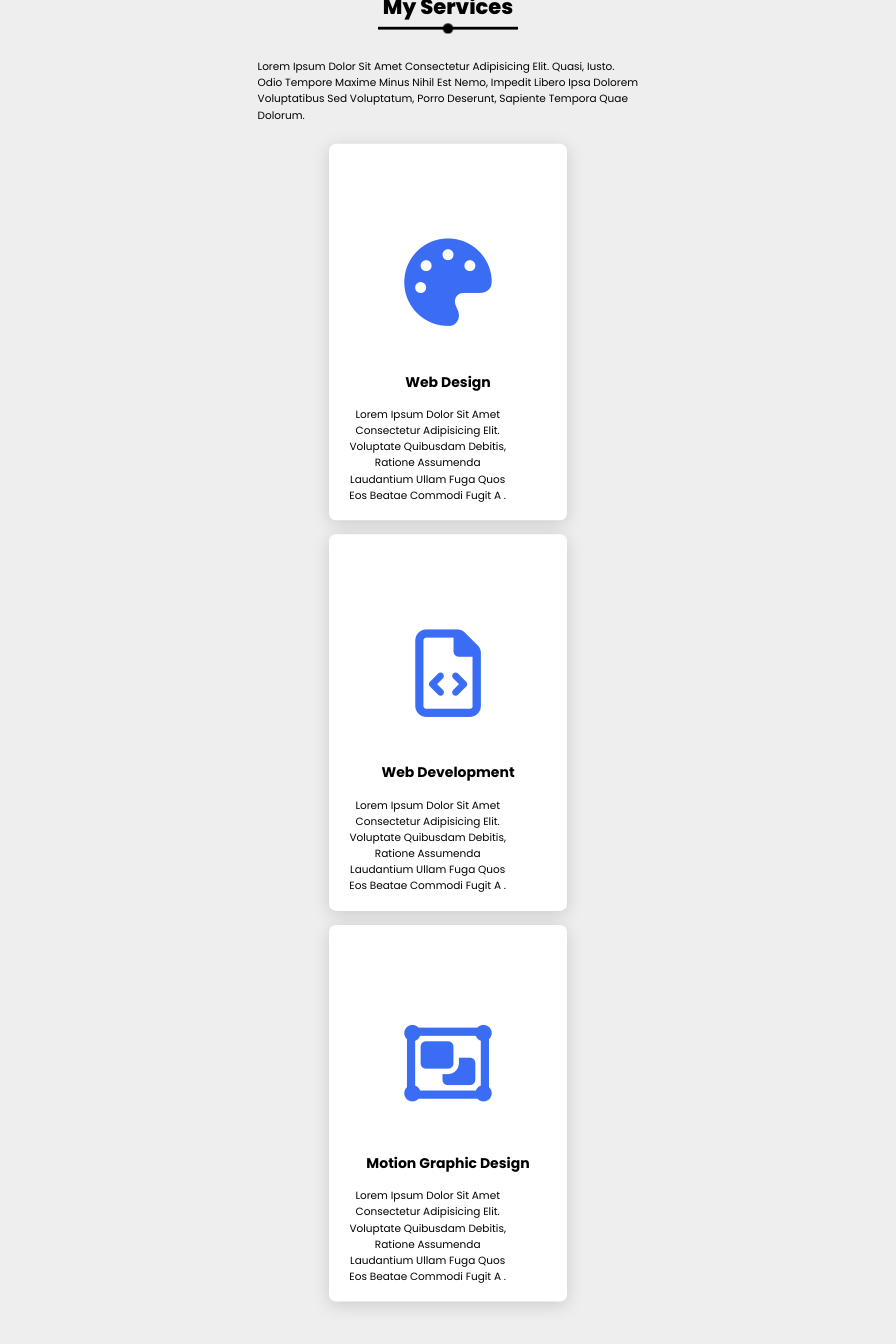
Repository: Pinocoding/New
Page: index.html
An editor plug-in stored every save of this project. The page is shown before and after the next save, followed by the edit.
The browser window is 1280 px wide. The pictures show the part of the page from y = 2555 to 4475 px (the page is 4475 px tall), at 70% of full size.
Backgrounds fixed to the window are drawn as part of the page.

Above is the page before, as saved 2021-10-13 23:33:23.

After the next save:
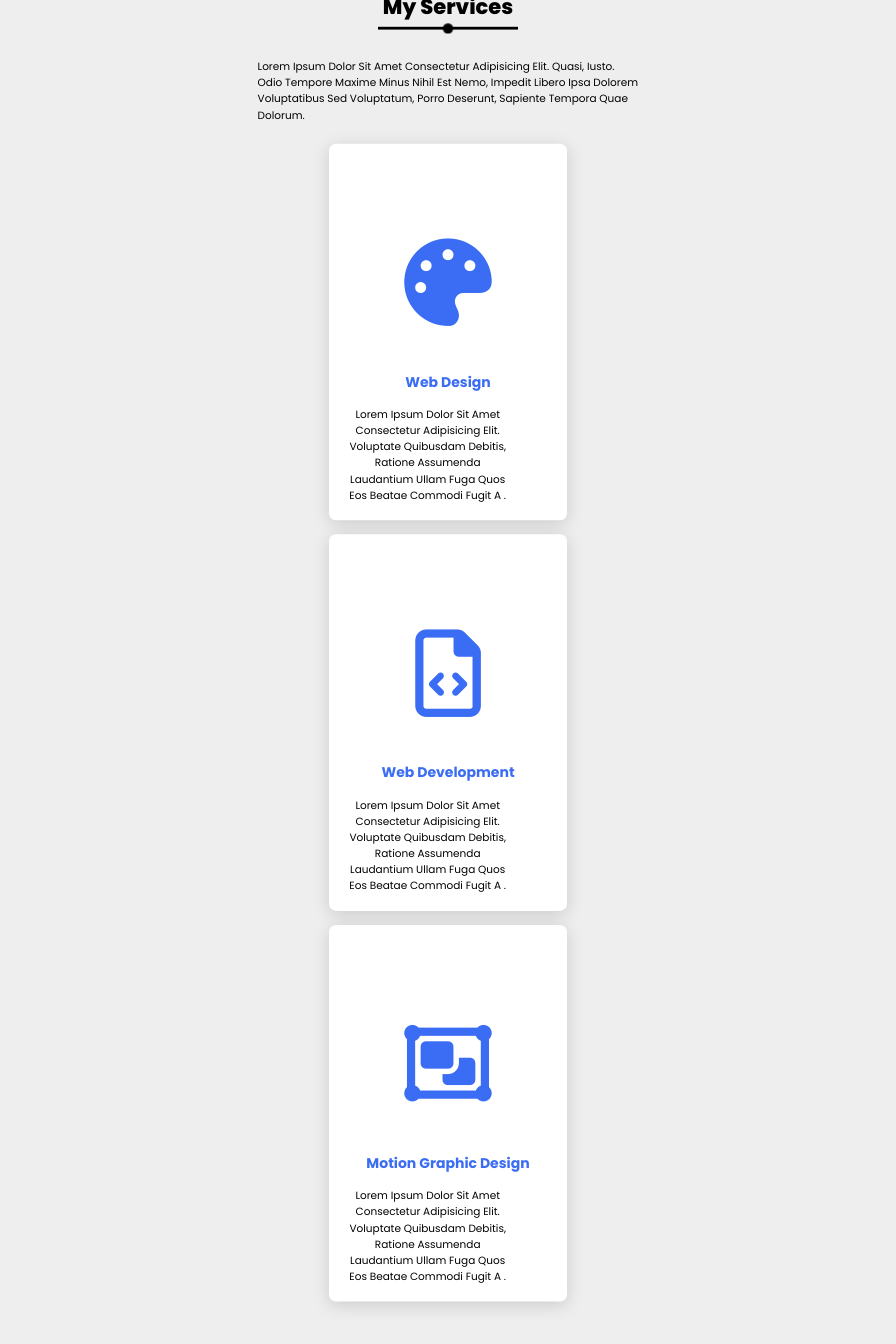
Saved 6 s later.
--- a/style.css
+++ b/style.css
@@ -397,7 +397,7 @@ section {
 .services .content .card .infor {
   text-align: center;
 }
-..services .content .card h3 {
+.services .content .card h3 {
   color: #3a6cf4;
 }
 /*  */
